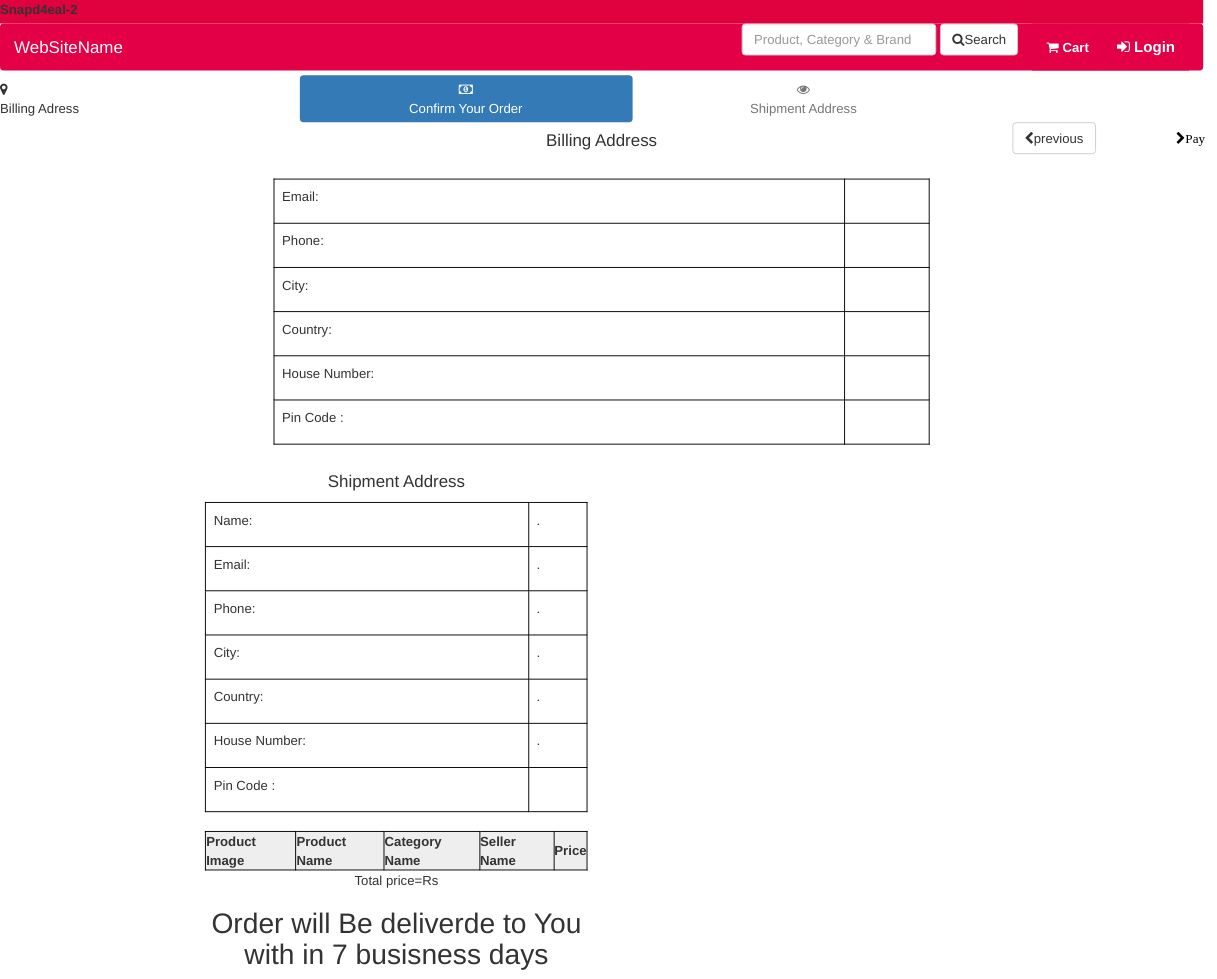
Repository: Aryans26/project
Page: http://localhost/frontend/WEB-INF/views/orderconfirm.jsp
These files come from the project's save history. The page is drawn as it stood at one moment and after the next save; the edit follows.
The browser window is 1280 px wide. The page is 1295 px wide, so the pictures cover 1295 px, including what lies to the right of the window. The pictures show the whole page, at 94% of full size.
Some web libraries are served in a nearby version. The page is served by Tomcat 9. Nobody is signed in. Other server files are loaded and not shown. The template is opened directly, without the code that normally fills it, so the values that code supplies are empty.

Above is the page before, as saved 2017-06-21 07:24:40.

### frontend/src/main/webapp/WEB-INF/views/orderconfirm.jsp
<%@ taglib prefix="c" uri="http://www.springframework.org/tags"%>
<%@ taglib prefix="form" uri="http://www.springframework.org/tags/form"%>
<!doctype html>
<html>
<head>
<c:url value="/resource" var="res" />

<!-- <link rel="stylesheet" ref="https://maxcdn.bootstrapcdn.com/bootstrap/3.3.7/css/bootstrap.min.css"> -->
<script
	src="https://ajax.googleapis.com/ajax/libs/jquery/3.2.1/jquery.min.js"></script>
<script
	src="https://maxcdn.bootstrapcdn.com/bootstrap/3.3.7/js/bootstrap.min.js"></script>
<link rel="stylesheet" href="${res}/css/bootstrap.min.css" />
<link rel="stylesheet" href="${res}/css/style.css" />
<link rel="stylesheet" href="${res}/css/font-awesome/css/font-awesome.min.css" />

</head>
<body>
	<%@include file="navbar.jsp"%>

<div class="Container">
<div class="row col-md-10 span15" id="checkout">
       <form method="post" action="shop-checkout4.html">
                                <ul class="nav nav-pills nav-justified">
                                    <li><a href="<c:url value="/previous"/>"></a><i class="fa fa-map-marker"></i><br>Billing Adress</a></li>
                                    <li class="active"><a href="<c:url value="/pay"/>"><i class="fa fa-money"></i><br>Confirm Your Order</a></li>
                                    <li class="disabled"><a href="<c:url value="/orderconfirmation"/>"><i class="fa fa-eye"></i><br>Shipment Address</a></li>
                                </ul>
</form>
</div>
</div>



            <div class="row">
            <div class="span15">

                <div class="col-lg-8 col-lg-offset-2">
<center>
                <div class="row">
                    <div class="col-md-1"></div>
                    <div class="col-md-10 clearfix" id="checkout">

<!--                         <div class="box"> -->

<!--                                 <div class="container"> -->
<!--                                    <div class="row"> -->

<!--                                             <div class="box payment-method"> -->
											<center>
                                                <h4>Billing Address</h4>
                                                <table class="table" style="border: 1px solid black; border-collapse: collapse;">

		                                     <tr style="border: 1px solid black; border-collapse: collapse;"><td style="border: 1px solid black; border-collapse: collapse;">   <p>Email: </p></td>
		                                     <td style="border: 1px solid black; border-collapse: collapse;">   <p>${billing.getEmail() } </p></td></tr>
                                             <tr style="border: 1px solid black; border-collapse: collapse;padding: 15px">  <td style="border: 1px solid black; border-collapse: collapse;"> <p>Phone: </p></td>
                                             <td style="border: 1px solid black; border-collapse: collapse;"> <p>${billing.getPhone()} </p></td></tr>
                                              <tr style="border: 1px solid black; border-collapse: collapse;"> <td style="border: 1px solid black; border-collapse: collapse;"> <p>City: </p></td>
                                              <td style="border: 1px solid black; border-collapse: collapse;"> <p>${billing.getCity()} </p></td></tr>
                                                <tr style="border: 1px solid black; border-collapse: collapse;"><td style="border: 1px solid black; border-collapse: collapse;"><p>Country: </p></td>
                                                <td style="border: 1px solid black; border-collapse: collapse;"><p>${billing.getCountry()} </p></td></tr>
                                               <tr style="border: 1px solid black; border-collapse: collapse;"><td style="border: 1px solid black; border-collapse: collapse;"> <p>House Number: </p></td>
                                               <td style="border: 1px solid black; border-collapse: collapse;"> <p>${billing.getHouse_no()} </p></td></tr>
                                                <tr style="border: 1px solid black; border-collapse: collapse;"><td style="border: 1px solid black; border-collapse: collapse;"><p>Pin Code :</p></td>
                                                <td style="border: 1px solid black; border-collapse: collapse;"><p>${billing.getPincode()}</p></td></tr>
                                                 <br></center>
                                           </table>
                                        </div>
                                        <div class="col-sm-6">
<!--                                             <div class="box payment-method"> -->
											<center>
                                                <h4>Shipment Address</h4>
                                               <table class="table" style="border: 1px solid black; border-collapse: collapse;">
                                               <tr style="border: 1px solid black; border-collapse: collapse;"><td style="border: 1px solid black; border-collapse: collapse;">Name:</td> <td style="border: 1px solid black; border-collapse: collapse;"><p>${shippingAddress.getShip_name()}  .</p></td></tr>
                                                <tr style="border: 1px solid black; border-collapse: collapse;"><td style="border: 1px solid black; border-collapse: collapse;"><p>Email:</td><td style="border: 1px solid black; border-collapse: collapse;">${shippingAddress.getShip_email()} .</p></td></tr>
                                               <tr style="border: 1px solid black; border-collapse: collapse;"><td style="border: 1px solid black; border-collapse: collapse;"> <p>Phone:</td><td style="border: 1px solid black; border-collapse: collapse;">${shippingAddress.getShip_mono()} .</p></td></tr>
                                                <tr style="border: 1px solid black; border-collapse: collapse;"><td style="border: 1px solid black; border-collapse: collapse;"><p>City:</td><td style="border: 1px solid black; border-collapse: collapse;">${shippingAddress.getShip_city()} .</p></td></tr>
                                               <tr style="border: 1px solid black; border-collapse: collapse;"><td style="border: 1px solid black; border-collapse: collapse;"> <p>Country:</td><td style="border: 1px solid black; border-collapse: collapse;">${shippingAddress.getShip_country()} .</p></td></tr>
                                               <tr style="border: 1px solid black; border-collapse: collapse;"><td style="border: 1px solid black; border-collapse: collapse;"> <p>House Number:</td><td style="border: 1px solid black; border-collapse: collapse;">${shippingAddress.getShip_houseno()} .</p></td></tr>
                                                <tr style="border: 1px solid black; border-collapse: collapse;"><td style="border: 1px solid black; border-collapse: collapse;"><p>Pin Code :</td><td style="border: 1px solid black; border-collapse: collapse;">${shippingAddress.getShip_pincode()}</p></td></tr>


                                            </div>
                                        </div>
</center>

                                        </div>
                                    </div>

                                    <!-- /.row -->
									<div class="content">
									<div class="row">
									<div class="col-lg-8 col-lg-offset-2">
									<table style="border: 1px solid black" >
    <thead style="border: 1px solid black">
      <tr style="background-color: #eee">
      <th style="border: 1px solid black">Product Image</th>
        <th style="border: 1px solid black">Product Name</th>
<!--         <th>Description</th> -->
        <th style="border: 1px solid black">Category Name</th>
        <th style="border: 1px solid black">Seller Name</th>
        <th style="border: 1px solid black">Price</th>
      </tr>
    </thead>
    <tbody>

    <c1:if test="${prot!=null}">
      <tr>
        <td style="border: 1px solid black"><img src="<c:url value='/resource/images/${prot.getP_id()}.jpg'/>" width=150px height=200px></td>
        <td style="border: 1px solid black">${prot.getP_Name()}</td>
<%--         <td>${product.getDes()}</td> --%>
        <td style="border: 1px solid black">${prot.getCategory().getCat_name()}</td>
        <td style="border: 1px solid black">${prot.getSeller().getName()}</td>
        <td style="border: 1px solid black">${prot.getPrice()}</td>
      </tr>
      </c1:if>
    <c1:if test="${prot==null}">
     <c1:forEach items="${cartItems}" var="c1">
      <tr>
        <td style="border: 1px solid black"><img src=""></td>
        <td style="border: 1px solid black">${c1.getProduct().getP_Name()}</td>
<%--         <td>${c1.getproduct.getDes()}</td> --%>
        <td style="border: 1px solid black">${c1.getProduct().getCategory().getCat_name()}</td>
        <td style="border: 1px solid black">${c1.getProduct().getSeller().getName()}</td>
        <td style="border: 1px solid black">${c1.getProduct().getPrice()}</td>
      </tr>
      </c1:forEach>
      </c1:if>


  </tbody>
 </table>
     <p calss="pull-left">Total price=Rs${prot.getPrice()}</p>
			<h2> Order will Be deliverde to You with in 7 busisness days</h2>
			</div>
									</div>
									</div>
                                <div class="box-footer">
                                         <div class="pull-left">
                                        <a href="<c:url value="/previous"/>" class="btn btn-default"><i class="fa fa-chevron-left"></i>previous</a>
                                        </div>
                                         <div class="pull-right">
                                        <a href="<c:url value="/pay"/>"  class="btn btn-template-main"><i class="fa fa-chevron-right">Pay</i></a>
                                        </button>
                                        </div>
                                     </div>
                                </div>
                                <!-- /.content -->



    </div>





</body>

</html>

### frontend/src/main/webapp/WEB-INF/views/navbar.jsp
<%@ taglib prefix="c" uri="http://www.springframework.org/tags"%>
<%@ taglib prefix="form" uri="http://www.springframework.org/tags/form"%>
<%@ taglib prefix="security" uri="http://www.springframework.org/security/tags" %>
<%@ taglib prefix="c1" uri="http://java.sun.com/jsp/jstl/core"%>
<!DOCTYPE html >
<html>
<head>
<meta http-equiv="Content-Type" content="text/html; charset=ISO-8859-1">
<title>Insert title here</title>
</head>
<body>
	<div class="headder">
		<b>Snapd4eal-2</b>
	</div>

	<nav class="navbar navbar-default" style="color: white;">
		<div class="container-fluid">
			<div class="navbar-header">
				<button type="button" class="navbar-toggle" data-toggle="collapse" data-target="#myNavbar">
					<span class="icon-bar"></span> <span class="icon-bar"></span>
					<span class="icon-bar"></span>
				</button>
				<a class="navbar-brand" href="<c:url value="/"/>"
					style="color: white;">WebSiteName</a>
				<form class="navbar-form navbar-right visible-sm visible-xs">
					<div class="form-group">
						<input type="text" class="form-control"
							placeholder="Product, Category & Brand">
					</div>
					<button type="submit" class="btn btn-default">
						<i class="fa fa-search"></i>Search
					</button>

				</form>
			</div>
			<div class="collapse navbar-collapse" id="myNavbar">
			<c1:if test="${pageContext.request.userPrincipal.name!=null}">
			<security:authorize access="hasRole('ROLE_ADMIN')">
				<ul class="nav navbar-nav">
					<li style="color: white;"><a
						href="<c:url value="/category"/>">Add Category</a></li>
					<li style="color: white;"><a
						href="<c:url value="/addproduct"/>">Add Product</a></li>
					<li style="color: white;"><a
						href="<c:url value="/supplier"/>">Add Supplier</a></li>
<!-- 					<li style="color: white;"><a -->
<%-- 						href="<c:url value="/addcard"/>">Add Card</a></li> --%>

				</ul>
				</security:authorize>
				</c1:if>
				<ul class="nav navbar-nav navbar-right">
					<li><a href="<c:url value="/viewcart"/>"><i class="fa fa-shopping-cart"></i>
							Cart</a></li>

					<li class="dropdown"><a href="#" class="dropbtn"><span
							class="fa fa-sign-in"></span>
							<c1:if test="${pageContext.request.userPrincipal.name==null}"> Login </c1:if>
							 <c1:if test="${pageContext.request.userPrincipal.name!=null}">  Logout</c1:if></a>

						<div class="dropdown-content">
							<a href="#">your account</a>
							<a href="#">your orders</a>
							<c1:if test="${pageContext.request.userPrincipal.name==null}">

							<a href="<c:url value="/users"/>" class="hvr-reg-bordertop" > new user ?<br>
							<b>register</b></a>
<%-- <a href="<c:url value="/login"/>"><button type="button" class="btn btn-danger" style="width: 90%; margin: 10px;">Login</button></a> --%>
							<button type="button" class="btn btn-danger" data-toggle="modal"
								data-target="#myModal" style="width: 90%; margin: 10px;">Login</button>
								</c1:if>

								<c1:if test="${pageContext.request.userPrincipal.name!=null}">
					<a href="<c:url value="/j_spring_security_logout"/>"><button type="button" class="btn btn-danger" >Logout</button></a>
								</c1:if>
						</div></li>

				</ul>
				<form class="navbar-form navbar-right hidden-sm hidden-xs">
					<div class="form-group">
						<input type="text" class="form-control"
							placeholder="Product, Category & Brand">
					</div>
					<button type="submit" class="btn btn-default">
						<i class="fa fa-search"></i>Search
					</button>

				</form>

			</div>
		</div>
	</nav>


	<!-- Modal -->
	<div class="modal fade" id="myModal" role="dialog">
		<div class="modal-dialog modal-lg">
			<div class="modal-content">
				<div class="modal-header">
					<button type="button" class="close" data-dismiss="modal">&times;</button>
					<h4 class="modal-title">Login</h4>
				</div>
				<div class="modal-body">
				<c1:url value="/j_spring_security_check" var="a"/>
					<form role="form" method="post" action="${a} ">
						<div class="form-group">
				<label for="email">Email address:</label>
				<input type="email" class="form-control" id="email" name="j_username" placeholder="Email Id">
						</div>
						<div class="form-group">
				<label for="pwd">Password:</label>
				 <input type="password" class="form-control" id="pwd" name="j_password" placeholder="Password">
						</div>
						<div class="checkbox">
							<label><input type="checkbox"> Remember me</label>
						</div>
						<a class="cursor" data-dismiss="modal" data-toggle="modal"
							data-target="#myModal1">new User ? <b>register</b></a>
						<button type="submit" class="btn btn-success">Submit</button>
					</form>
				</div>
				<div class="modal-footer">
					<button type="button" class="btn btn-default" data-dismiss="modal">Close</button>
				</div>
			</div>
		</div>
	</div>

</body>
</html>

### frontend/src/main/webapp/resource/css/style.css
@charset "utf-8";
/* CSS Document */
.headder {
	min-height: 25px;
	background-color: #E0013F;
}

.navbar-default, .navbar-default li {
	background-color: #e40046;
	color: white;
}

.navbar-default li a {
	color: #FFF;
	font-weight: bold;
}

.navbar-nav li:hover, .navbar-nav li:focus, .navbar-nav li:active {
	background-color: #333;
}

.navbar-nav dropdown:hover {
	background-color: #333;
}

.dropbtn {
	color: white;
	padding: 16px;
	font-size: 16px;
	border: none;
	cursor: pointer;
}

.
.dropdown:hover {
	background-color: #333;
	color: white;
	padding: 16px;
	font-size: 16px;
	border: none;
	cursor: pointer;
}

.dropdown {
	position: relative;
	display: inline-block;
}

.dropdown-content {
	display: none;
	position: absolute;
	background-color: #333;
	min-width: 160px;
	right: 5px;
	box-shadow: 0px 8px 16px 0px rgba(0, 0, 0, 0.2);
	z-index: 1;
}

.dropdown-content a {
	color: black;
	font-size: 14px !important;
	font-weight: normal !important;
	text-align: center;
	padding: 12px 16px;
	text-decoration: none;
	display: block;
}

.dropdown-content a:hover {
	background-color: #000;
}

.dropdown:hover .dropdown-content {
	display: block;
}

.dropdown:hover .dropbtn {
	background-color: #333;
}

.dropdown-content .hvr-reg-bordertop {
	border-top: 1px solid #999;
	padding-top: 20px;
	margin-bottom: 0;
	padding-bottom: 0;
}

.cursor {
	cursor: pointer;
}

.form-fill{
	max-width:500px;
	box-shadow:2px 2px 8px  grey;
	padding:30px 20px;
	margin:10px auto;
	border-radius:10px;
}

.form-list-table{
	border:2px solid grey;
	box-shadow:4px 4px 8px grey;
	border-radius:10px;
}
.head3{
	color:#e40046;
	font-weight:bold;
	text-align:center;
	text-shadow:2px 2px 4px grey;
}

.items-list-head > div{
	Color:red;
	text-align:center;
	font-weight:bolder;
	font-size:20px;
}
.items-list > div{
	border-top:1px solid grey;
	line-height:40px;
	text-align:center;
	font-weight:bold;
}

.box-shadow{
	border-radius:10px;
	box-shadow:2px 2px 8px grey;
}

.list-head{
	font-size:16px;
	font-weight:bold;
	text-shadow:1px 1px 1px grey;
}

Loaded but not shown: frontend/src/main/webapp/resource/css/bootstrap.min.css (library); frontend/src/main/webapp/resource/css/font-awesome/css/font-awesome.min.css (library)

After the next save:
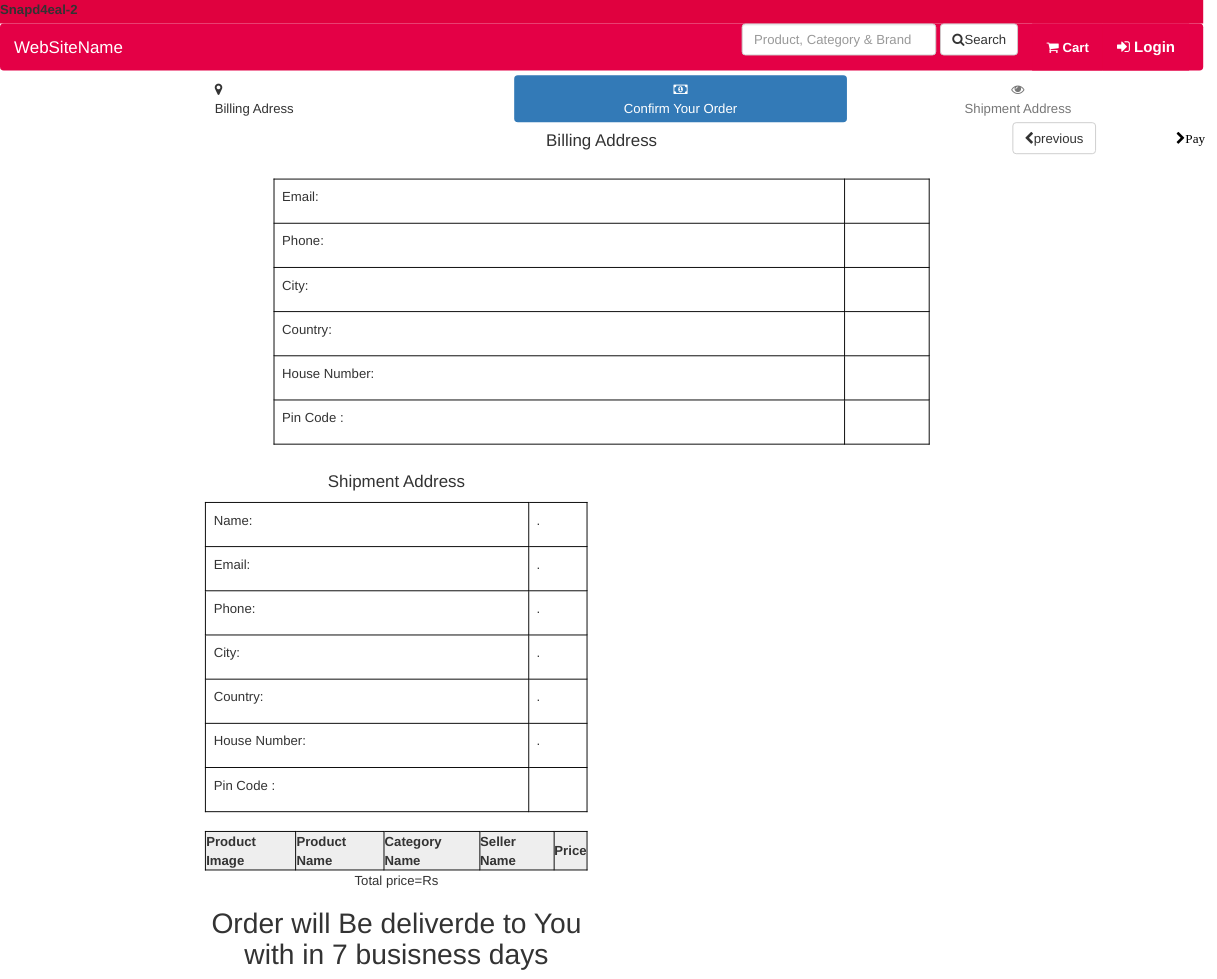
Saved 20 s later.
--- a/frontend/src/main/webapp/WEB-INF/views/orderconfirm.jsp
+++ b/frontend/src/main/webapp/WEB-INF/views/orderconfirm.jsp
@@ -19,7 +19,7 @@
 	<%@include file="navbar.jsp"%>
 
 <div class="Container">
-<div class="row col-md-10 span15" id="checkout">
+<div class="row col-md-10 span15 col-lg-offset-2" id="checkout">
        <form method="post" action="shop-checkout4.html">
                                 <ul class="nav nav-pills nav-justified">
                                     <li><a href="<c:url value="/previous"/>"></a><i class="fa fa-map-marker"></i><br>Billing Adress</a></li>
